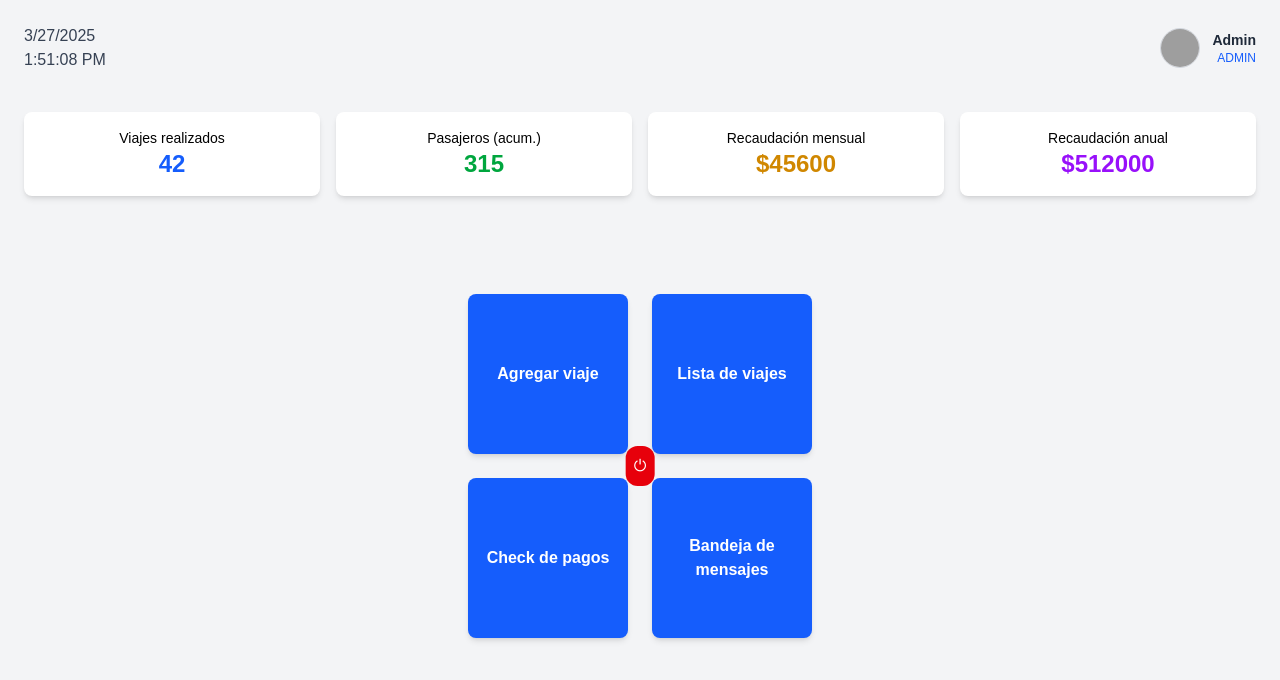
Repository: francoluca35/appcolectivos
Page: /homeadmin
These files come from the project's save history. The page is drawn as it stood at one moment and after the next save; the edit follows.
The browser window is 1280 px wide. The pictures show the whole page.
Pictures or frames that could not be fetched are drawn as grey boxes. The project was rebuilt for these pictures with package versions that can differ from the ones it lists, and the page was loaded fresh each time. The framework's server and built-in components were replaced by stand-ins that run in the browser. Also part of the build but not shown: next.config.mjs.

Above is the page before, as saved 2025-03-27 23:04:19.

After the next save:
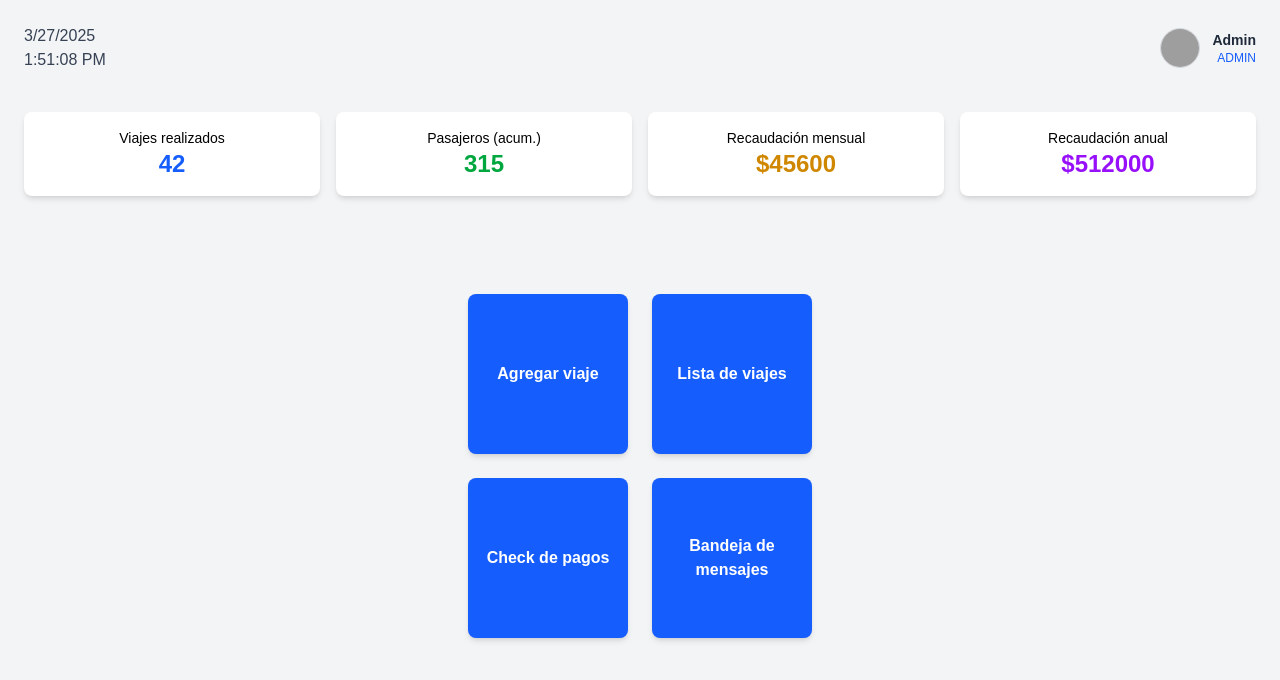
Saved 44 s later.
--- a/src/app/homeadmin/page.js
+++ b/src/app/homeadmin/page.js
@@ -72,16 +72,7 @@ export default function HomeAdmin() {
   </div>
 
   {/* Botón de logout al centro */}
-  <button
-    onClick={() => {
-      localStorage.removeItem("adminUser");
-      router.push("/admin");
-    }}
-    className="absolute bg-red-600 text-white p-2 rounded-xl hover:bg-red-700 transition top-1/2 left-1/2 -translate-x-1/2 -translate-y-1/2 z-10"
-    title="Cerrar sesión"
-  >
-    ⏻
-  </button>
+
 </div>
     </div>
   );
